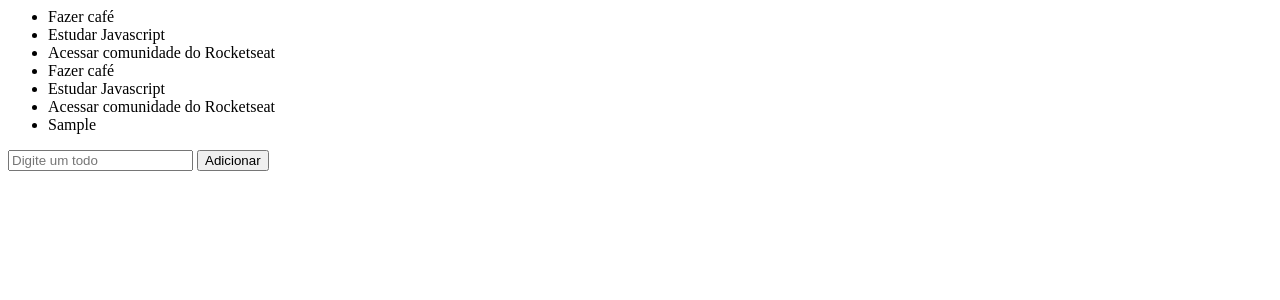
Repository: VictorAugustoBarros/Estudos
Page: javascript/Rocketseat/modulo3/index.html
The author's editor kept a copy of each file at every save. The page is drawn from the files as they stood at one save, then again after the next save.
The browser window is 1280 px wide. The pictures show the whole page.
Empty fields were first filled with sample values (such as "Sample", 5 or name@example.com).
After loading, the first visible `button` was clicked once.

Above is the page before, as saved 2020-01-22 17:17:42.

### javascript/Rocketseat/modulo3/index.html
<html>
    <head>
        <meta charset="UTF-8">
        <title>Estudo Js</title>
    </head>
    <body>
        <div id="app">
            <ul>

            </ul>
            <input type="text" placeholder="Digite um todo">
            <button>Adicionar</button>
        </div>
    </body>
</html>

<script src="todos.js"></script>

### javascript/Rocketseat/modulo3/todos.js
var listElement =  document.querySelector("#app ul");
var inputElement = document.querySelector("#app input");
var buttonElement = document.querySelector("#app button");

var todos = [
    'Fazer café',
    'Estudar Javascript',
    'Acessar comunidade do Rocketseat'
];


function renderTodos(){
    for(todo of todos){
        var todoElement = document.createElement('li');
        var todoText = document.createTextNode(todo);

        todoElement.appendChild(todoText);
        listElement.appendChild(todoElement);

    }
}

renderTodos();

function addTodo(){
    var todoText = inputElement.value;

    todos.push(todoText);
    inputElement.value = "";
    renderTodos();
}

buttonElement.onclick = addTodo;

After the next save:
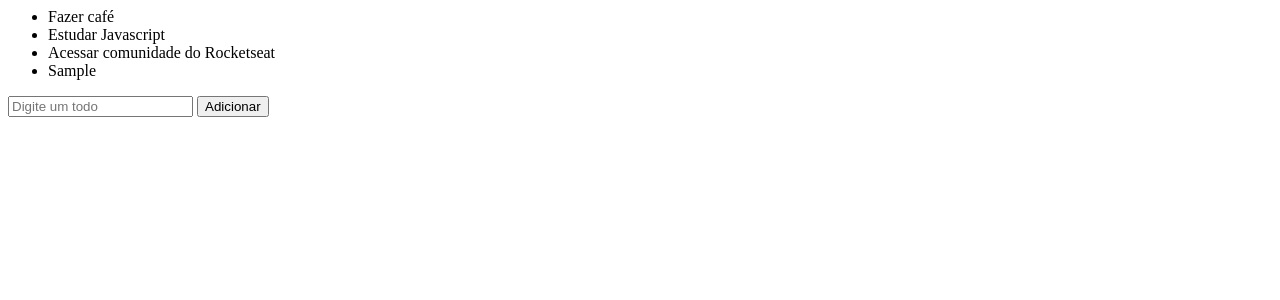
Saved 71 s later.
--- a/javascript/Rocketseat/modulo3/todos.js
+++ b/javascript/Rocketseat/modulo3/todos.js
@@ -10,6 +10,8 @@ var todos = [
 
 
 function renderTodos(){
+    listElement.innerHTML = '';
+
     for(todo of todos){
         var todoElement = document.createElement('li');
         var todoText = document.createTextNode(todo);
